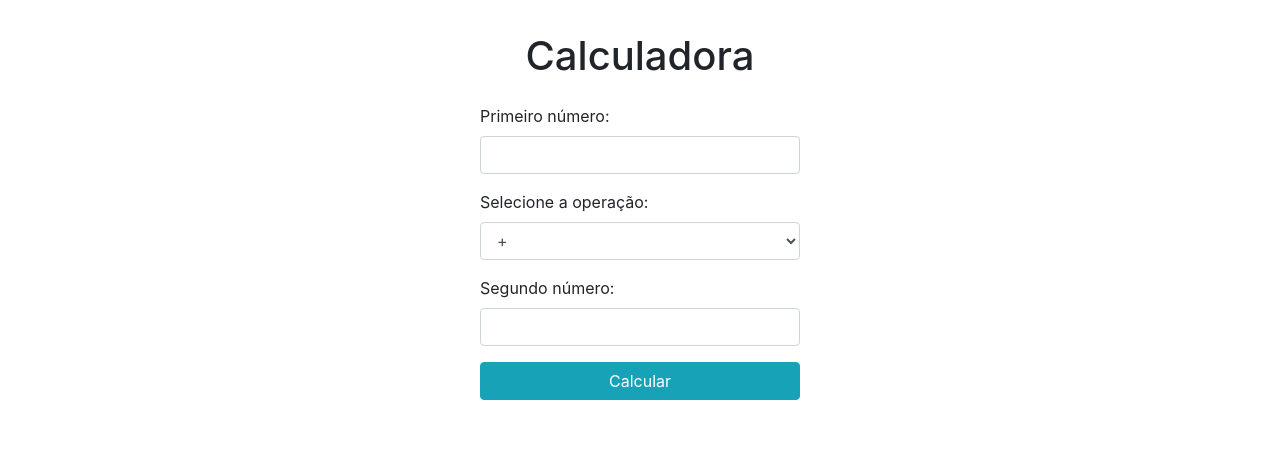
Repository: babirms/DAC
Page: Calculadora/WebContent/home.html
The author's editor kept a copy of each file at every save. The page is drawn from the files as they stood at one save, then again after a run of saves.
The browser window is 1280 px wide. The pictures show the whole page.

Above is the page before, as saved 2020-09-20 23:41:54.
Console error (its wording comes from the project's code and is left out).

### Calculadora/WebContent/home.html
<!DOCTYPE html>
<html>
<head>
<meta charset="ISO-8859-1">
<title>Calculadora - Página Inicial</title>
<link href="bootstrap/css/bootstrap.min.css" rel="stylesheet"
	type="text/css" />
<script type="text/javascript" src="bootstrap/js/bootstrap.min.js"></script>
<style>
body {*Default bg, similar to the background's base color*/
   background-image: url("bootstrap/images/home_bg.png");
   background-position: right bottom; /*Positioning*/
   background-repeat: no-repeat; /*Prevent showing multiple background images*/
}</style>
</head>
<body>
	<div class="d-flex flex-column align-items-center col-xs-8">
		<div class="container p-3" style="width: 352px;">
			<h1 class="p-3 text-center">Calculadora</h1>
			<form action="CalculadoraServlet" method="get">
				<div class="form-group">
					<label for="primeiroNum">Primeiro número: </label> <input
						type="number" class="form-control" name="primeiroValue"
						id="primeiroNum" required>
				</div>
				<div class="form-group">
					<label for="operacao">Selecione a operação: </label> <select
						class="form-control" id="operacao" name="operacao">
						<option value="+">+</option>
						<option value="-">-</option>
						<option value="x">x</option>
						<option value="/">/</option>
					</select>
				</div>
				<div class="form-group">
					<label for="segundoNum">Segundo número: </label> <input
						type="number" id="segundoNum" class="form-control"
						name="segundoValue" required>
				</div>
				<button class="btn btn-info btn-block" type="submit">Calcular</button>
			</form>
		</div>
	</div>
</body>
</html>

Loaded but not shown: Calculadora/WebContent/bootstrap/css/bootstrap.min.css (library); Calculadora/WebContent/bootstrap/js/bootstrap.min.js (library)

After the next 2 saves:
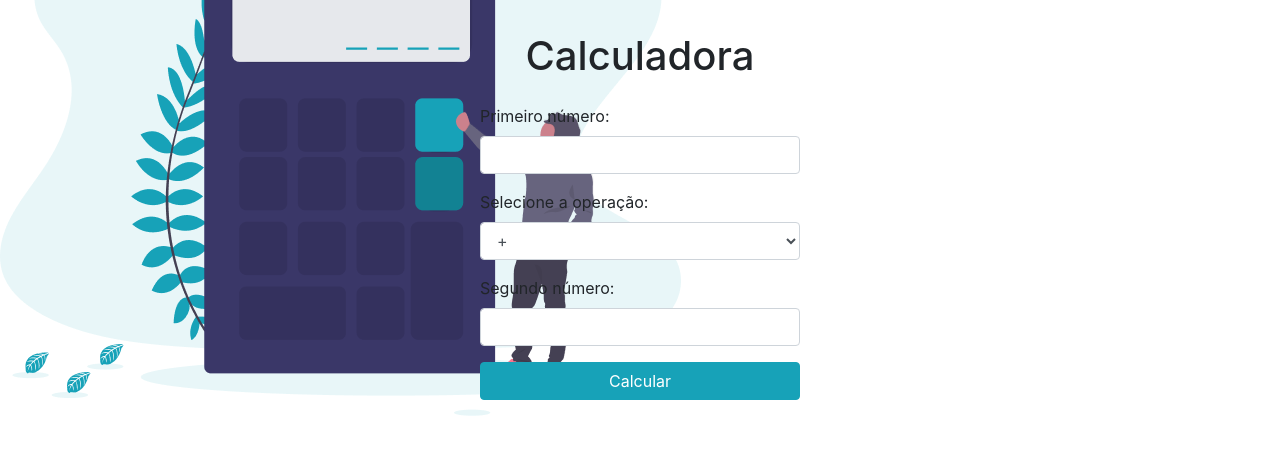
The 2 saves are shown as one change because they came seconds apart.
The last was saved 14 s later.
--- a/Calculadora/WebContent/home.html
+++ b/Calculadora/WebContent/home.html
@@ -7,11 +7,13 @@
 	type="text/css" />
 <script type="text/javascript" src="bootstrap/js/bootstrap.min.js"></script>
 <style>
-body {*Default bg, similar to the background's base color*/
-   background-image: url("bootstrap/images/home_bg.png");
-   background-position: right bottom; /*Positioning*/
-   background-repeat: no-repeat; /*Prevent showing multiple background images*/
-}</style>
+body {
+	background-image: url("bootstrap/images/home_bg.png");
+	background-position: left bottom; /*Positioning*/
+	background-repeat: no-repeat;
+	/*Prevent showing multiple background images*/
+}
+</style>
 </head>
 <body>
 	<div class="d-flex flex-column align-items-center col-xs-8">
